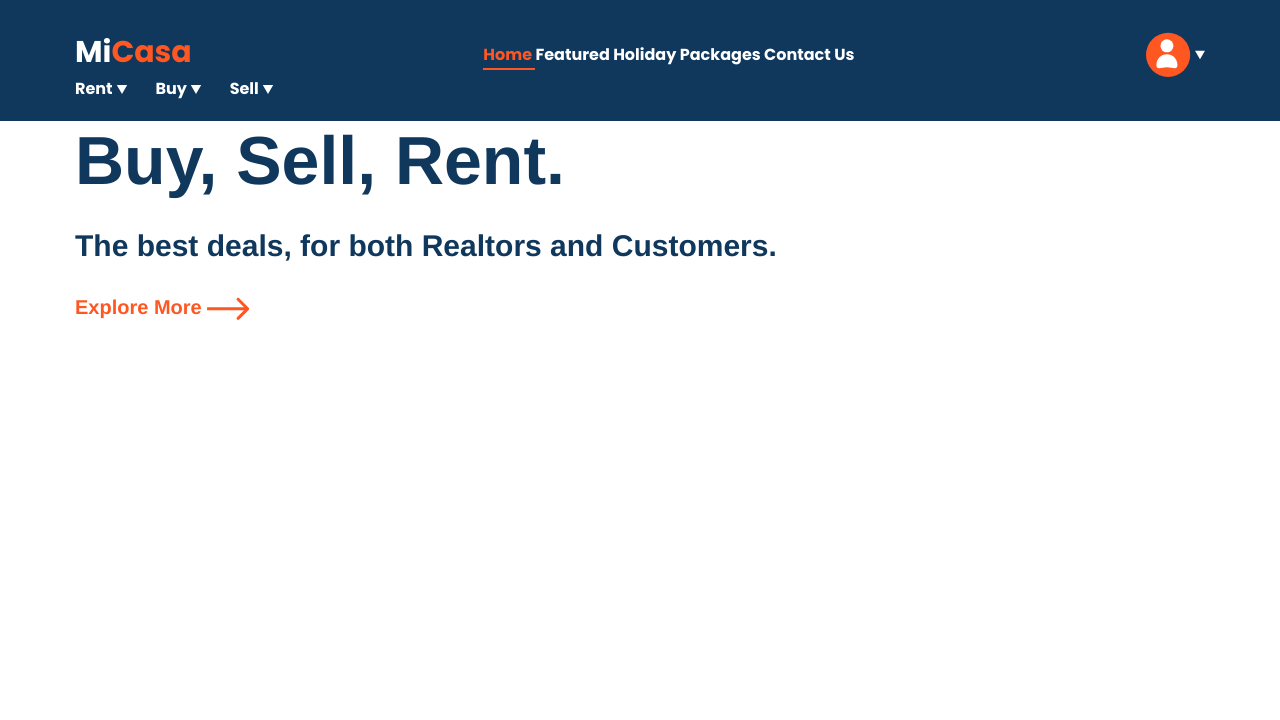
Repository: BenUnyolo/micasa-frontend
Page: index.html
The author's editor kept a copy of each file at every save. The page is drawn from the files as they stood at one save, then again after the next save.
The browser window is 1280 px wide. The pictures show the whole page.

Above is the page before, as saved 2021-10-15 20:23:06.

After the next save:
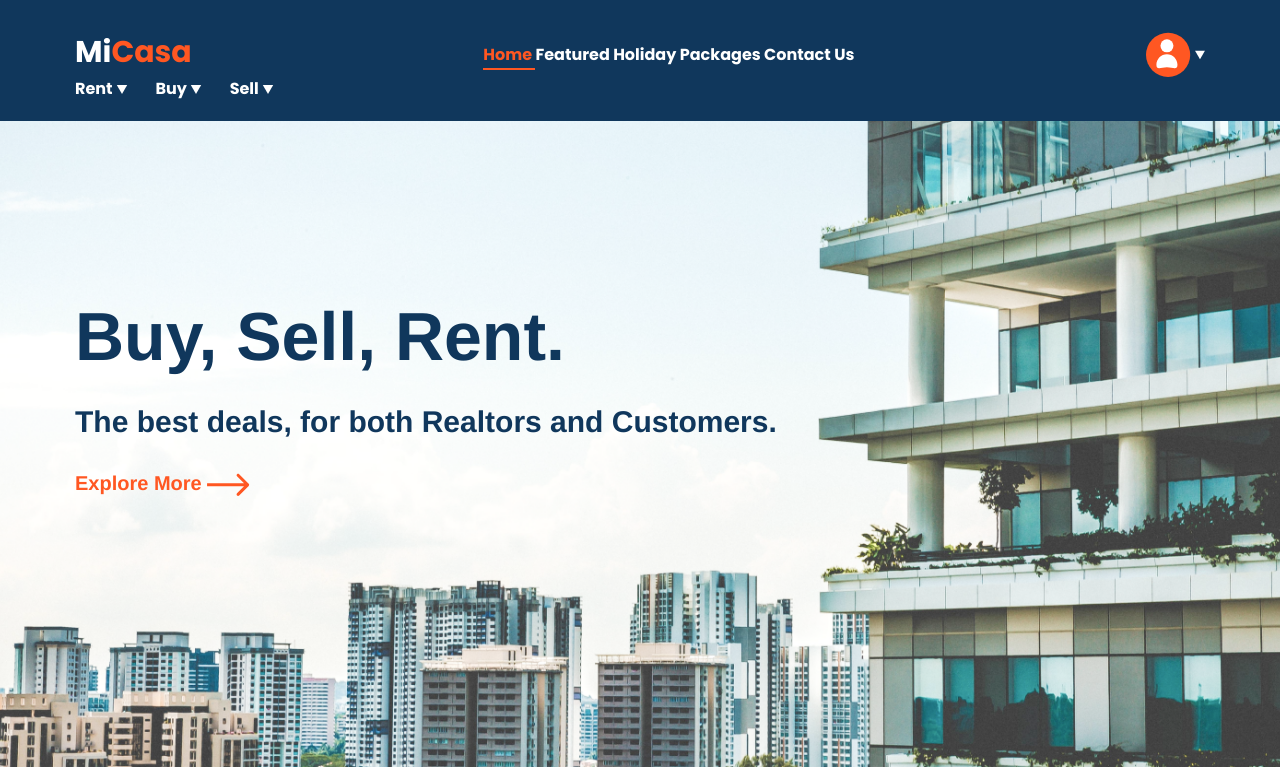
Saved 76 s later.
--- a/index.html
+++ b/index.html
@@ -98,8 +98,8 @@
       </div>
     </header>
     <!-- HERO -->
-    <div class="hero-background">
-      <div class="inner-container flex pt-44">
+    <div class="hero">
+      <div class="inner-container flex">
         <div class="w-6/12">
           <h1 class="text-primary-600">Buy, Sell, Rent.</h1>
           <h2 class="mt-7.5 text-primary-600">
